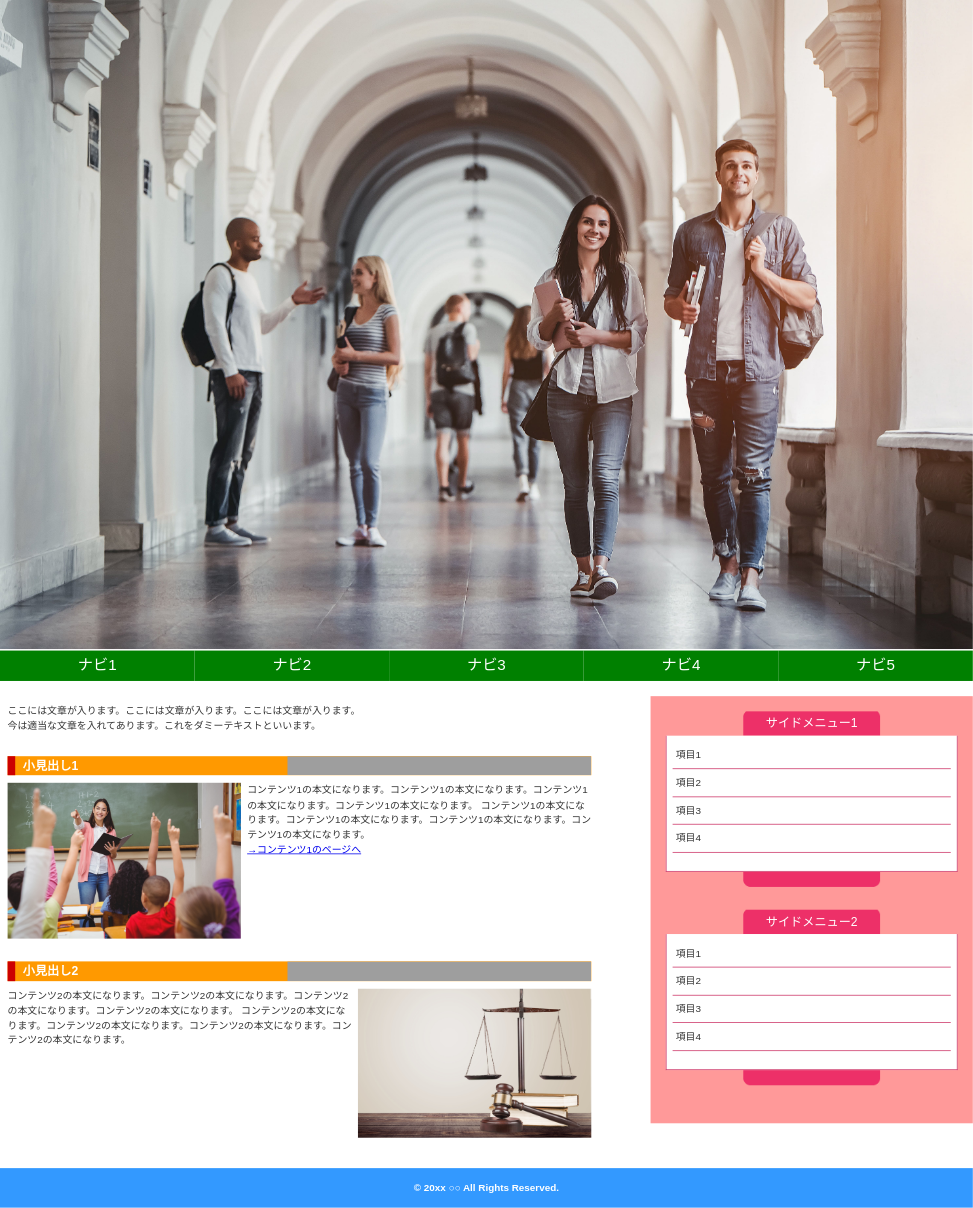
Repository: Tsubasa-Sounds/samurai_HTML-CSS
Page: samurai/home.html
The author's editor kept a record of every edit. The page is drawn from the files as they stood at one moment, then again after the next edit.
The browser window is 1280 px wide. The pictures show the whole page, at 76% of full size.
Pictures or frames that could not be fetched are drawn as grey boxes.

Above is the page before.

### samurai/home.html
<!DOCTYPE html>
<html lang="ja">
    <head>
        <meta charset="UTF-8">
        <title>HTML/CSSの学習</title>
        <link rel="stylesheet" href="stylesheet.css">
    </head>
    <body>
        <div id="header">
            <h1><a href="index.html"><img id="corridor" src="images/corridor.jpeg" alt="大学の廊下" /></a></h1>
        </div>
        <div id="wrapper">
            <div id="nav">
                <ul>
                    <li><a href="home.html">ナビ1</a></li>
                    <li><a href="#">ナビ2</a></li>
                    <li><a href="#">ナビ3</a></li>
                    <li><a href="#">ナビ4</a></li>
                    <li><a href="#">ナビ5</a></li>
                </ul>
            </div>
                <div id="container">
                    <div id="main">
                        <div class="post">
                            <p>ここには文章が入ります。ここには文章が入ります。ここには文章が入ります。<br />今は適当な文章を入れてあります。これをダミーテキストといいます。</p>
                        </div>
                        <div class="post clearfix">
                            <h2>小見出し1</h2>
                            <img class="left" src="images/classroom.jpeg" alt="授業風景" />
                            <p>
                                コンテンツ1の本文になります。コンテンツ1の本文になります。コンテンツ1の本文になります。コンテンツ1の本文になります。
                                コンテンツ1の本文になります。コンテンツ1の本文になります。コンテンツ1の本文になります。コンテンツ1の本文になります。
                            </p>
                            <p><a href="#">→コンテンツ1のページへ</a></p>
                        </div>
                        <div class="post clearfix">
                            <h2>小見出し2</h2>
                            <img class="right" src="images/scale.jpeg" alt="天秤" />
                            <p>
                                コンテンツ2の本文になります。コンテンツ2の本文になります。コンテンツ2の本文になります。コンテンツ2の本文になります。
                                コンテンツ2の本文になります。コンテンツ2の本文になります。コンテンツ2の本文になります。コンテンツ2の本文になります。
                            </p>
                        </div>
                    </div>
                    <div id="side">
                        <div class="box">
                            <h2>サイドメニュー1</h2>
                            <div class="boxBody">
                                <ul>
                                    <li>項目1</li>
                                    <li>項目2</li>
                                    <li>項目3</li>
                                    <li>項目4</li>
                                </ul>
                            </div>
                        </div>
                        <div class="box">
                            <h2>サイドメニュー2</h2>
                            <div class="boxBody">
                                <ul>
                                    <li>項目1</li>
                                    <li>項目2</li>
                                    <li>項目3</li>
                                    <li>項目4</li>
                                </ul>
                            </div>
                        </div>
                    </div
                </div>
        </div>
        <div id="footer">
            <p>&copy; 20xx ○○ All Rights Reserved.</p>
        </div>
    </body>
</html>

### samurai/stylesheet.css
@charset "utf-8";

body {
	margin: 0;
	padding: 0;
	font-family: "ヒラギノ角ゴ Pro W3", "Hiragino Kaku Gothic Pro", "メイリオ", Meiryo, Osaka, "ＭＳ Ｐゴシック", "MS PGothic", sans-serif;
	color: #333;
	font-size: 13px;
	line-height: 150%;
}

/* -------------------- wrapper -------------------- */
#wrapper {
	width: 100%;
	margin: auto;
	padding: 0px;
	border: 0px;
	background-color: #FFF;
	top: 10px;
}
/* -------------------- header -------------------- */
#header {
	width: 100%;
}
#header h1 {
	margin: 0;
	padding: 0;
}

#corridor {
	width: 100%;
	height: auto;
}

/* -------------------- footer -------------------- */
#footer {
	clear: both;
	width: 100%;
	padding: 3px 0 3px 0;
	background: #39F;
	color: #FFF;
	font-weight: bold;
	text-align: center;
}

/* -------------------- nav -------------------- */
#nav {
    width: 100%;
}
#nav ul {
    display: flex;
    margin: 0;
    padding: 0;
    list-style-type: none;
}
#nav ul li {
    width: 20%;
    text-align: center;
}
#nav ul li a {
    display: block;
    height: 20px;
    margin: 0;
    padding: 10px;
    color: #FFF;
    font-size: 20px;
    text-decoration: none;
    background-color: green;
}
#nav ul li a:hover {
    filter: drop-shadow(10px 10px 10px black);
}
/* -------------------- container -------------------- */
#container {
    width: 100%;
    margin: auto;
    padding: auto;
    padding-top: 20px;
    clear: both;
    /*: grid;
	grid-template-columns: 70vw 30vw;*/
}
/* -------------------- main -------------------- */
#main {
    float: left;
    width: 60%;
    padding:10px 30px 10px 10px;
}
#main h2 {
    margin: 0 0 10px 0;
    padding: 3px 10px 3px 10px;
    color: #FFF;
    font-size: 16px;
    border-left: solid 10px #C00;
    background: #F90 url(../images/main_h2.jpg) right top repeat-y;
}
#main p {
    margin: 0;
    padding: 0;
}
#main .post {
    margin: 0 0 30px 0;
}

#main .post img.right {
    margin: 0 0 0 8px;
}
#main .post img.left {
    margin: 0 8px 0 0;
}
.right {
    float: right;
    width: 40%;
    height: auto;
}
.left {
    float: left;
    width: 40%;
    height: auto;
}

/* -------------------- clearfix -------------------- */
.clearfix {
    zoom: 1;
}
.clearfix:after{
    content: "";
    display: block;
    clear: both;
}

/* -------------------- side -------------------- */
#side {
    float: right;
    width: 30%;
    padding: 20px;
    background-color: #F99;
}
#side .box {
    margin: 0 auto 30px auto;
    padding: 0 0 20px 0;
    background: url(images/side_box.png) bottom no-repeat;
}
#side .box h2 {
    margin: 0;
    padding: 8px;
    text-align: center;
    color: #fff;
    font-size: 16px;
    line-height: 16px;
    font-weight: normal;
    background: url(images/side_box_h2.png) center no-repeat
}
#side .box .boxBody {
    padding: 8px;
    border-right: solid 1px #C36;
    border-bottom: solid 1px #C36;
    border-left: solid 1px #C36;
    background: #fff;
}
#side .box .boxBody ul {
    margin: 0 0 16px 0;
    padding: 0;
}
#side .box .boxBody ul li {
    padding: 8px 0 8px 4px;
    list-style: none;
    border-bottom: solid 1px #C36;
}
#side .box .boxBody ul li:hover {
    padding: 8px 0 8px 4px;
    list-style: none;
    border-bottom: solid 1px #C36;
    box-shadow: 0px 4px 4px rgba(0, 0, 0, 0.3);
}

After the next edit:
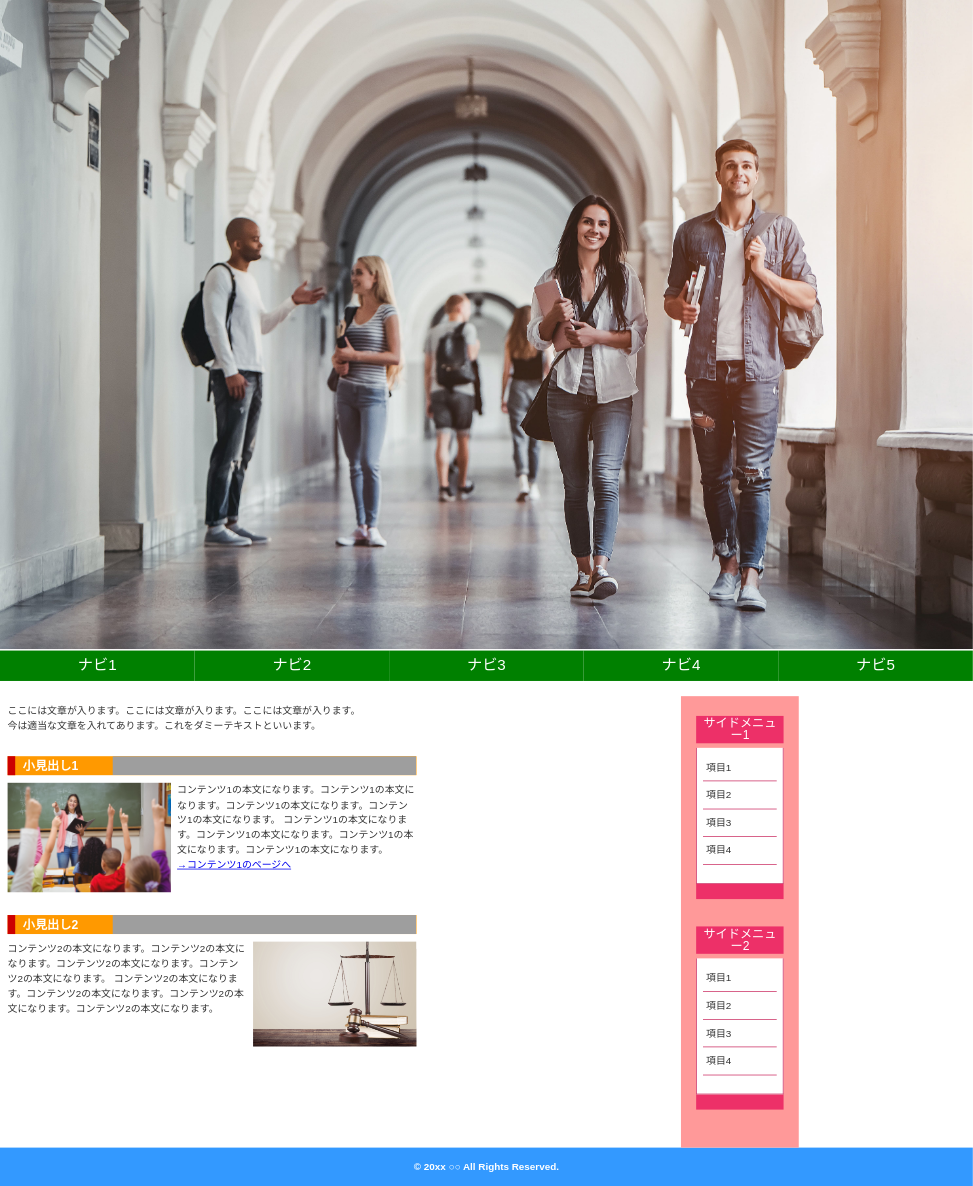
The edit:
--- a/samurai/stylesheet.css
+++ b/samurai/stylesheet.css
@@ -77,8 +77,8 @@
     padding: auto;
     padding-top: 20px;
     clear: both;
-    /*: grid;
-	grid-template-columns: 70vw 30vw;*/
+    display: grid;
+    grid-template-columns: 70vw 30vw;
 }
 /* -------------------- main -------------------- */
 #main {
